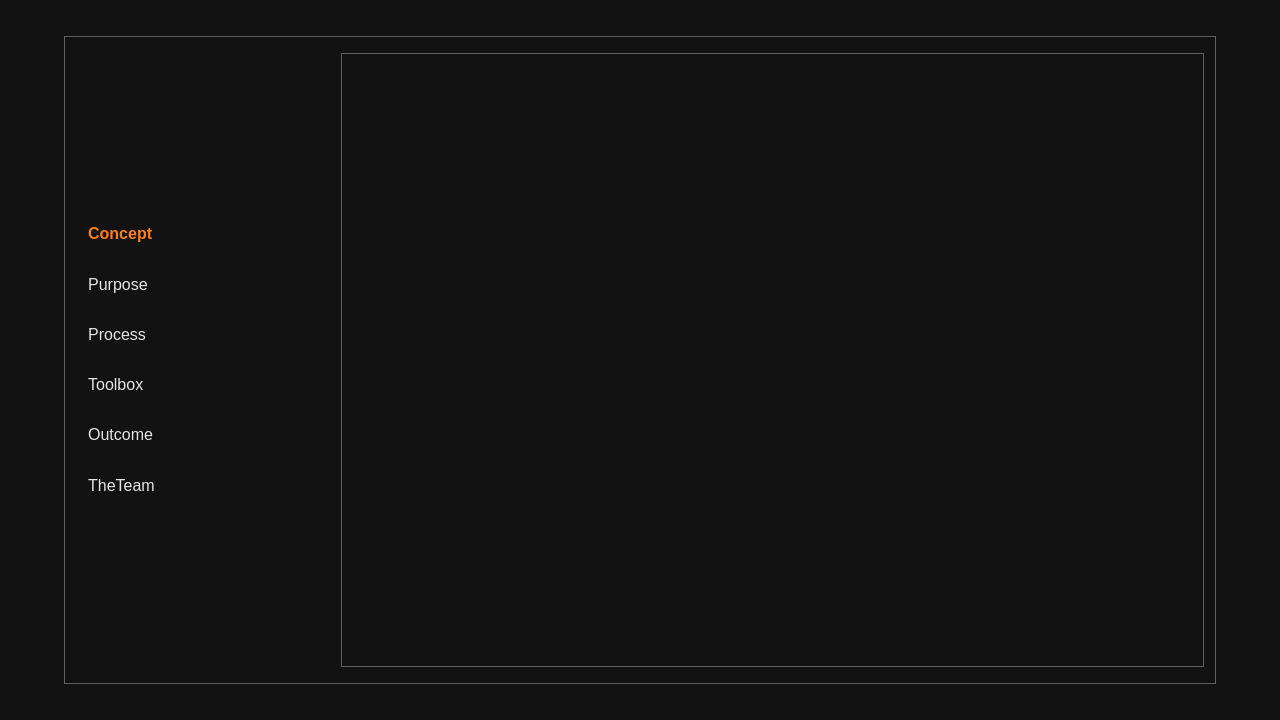
Repository: adullakadar/bitshackathon
Page: index.html
The author's editor kept a copy of each file at every save. The page is drawn from the files as they stood at one save, then again after the next save.
The browser window is 1280 px wide. The pictures show the whole page.
Some web fonts or font styles are not loaded; a fallback is used.

Above is the page before, as saved 2025-11-14 01:57:40.

After the next save:
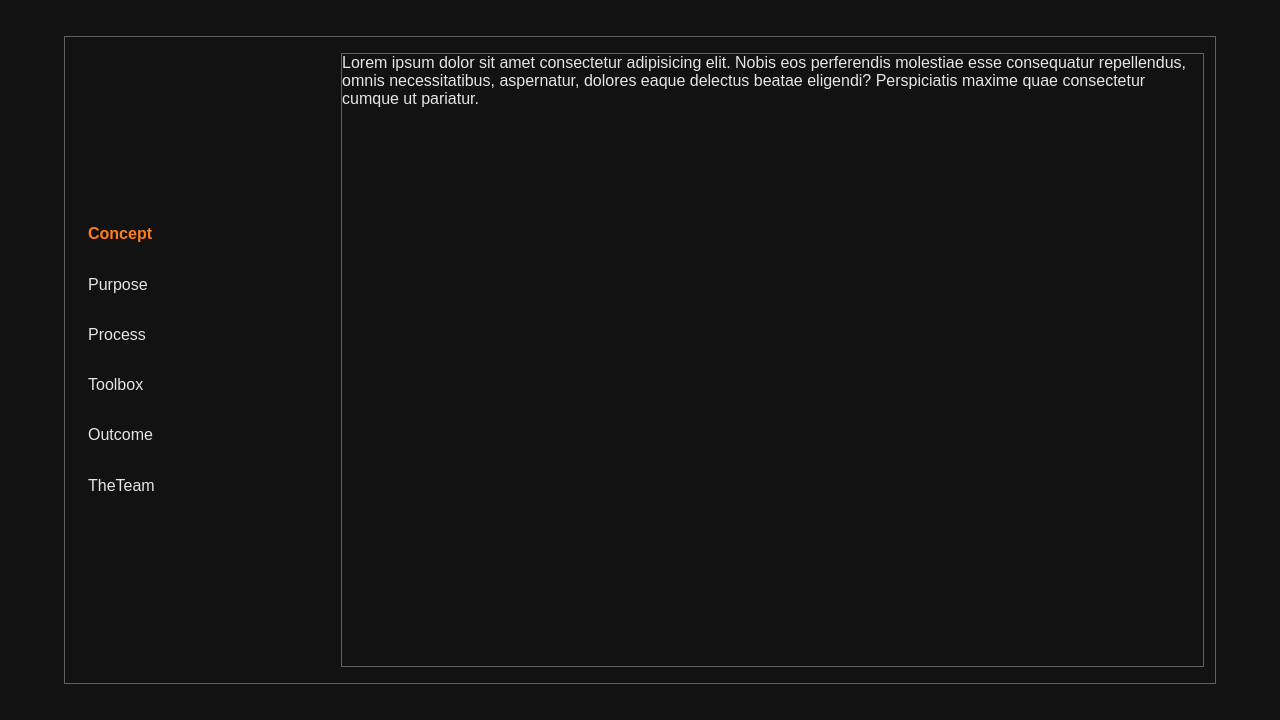
Saved 71 s later.
--- a/index.html
+++ b/index.html
@@ -32,12 +32,12 @@
 
     <!-- Hero / Concept frame -->
     <section class="content concept-wrapper" id="concept">
-
+      <p>Lorem ipsum dolor sit amet consectetur adipisicing elit. Nobis eos perferendis molestiae esse consequatur repellendus, omnis necessitatibus, aspernatur, dolores eaque delectus beatae eligendi? Perspiciatis maxime quae consectetur cumque ut pariatur.</p>
     </section>
 
     <!-- Purpose frame -->
     <section class="content purpose-wrapper" id="purpose">
-
+      <p>yes i love computer scinec</p>
     </section>
 
     <!-- Process frame -->
